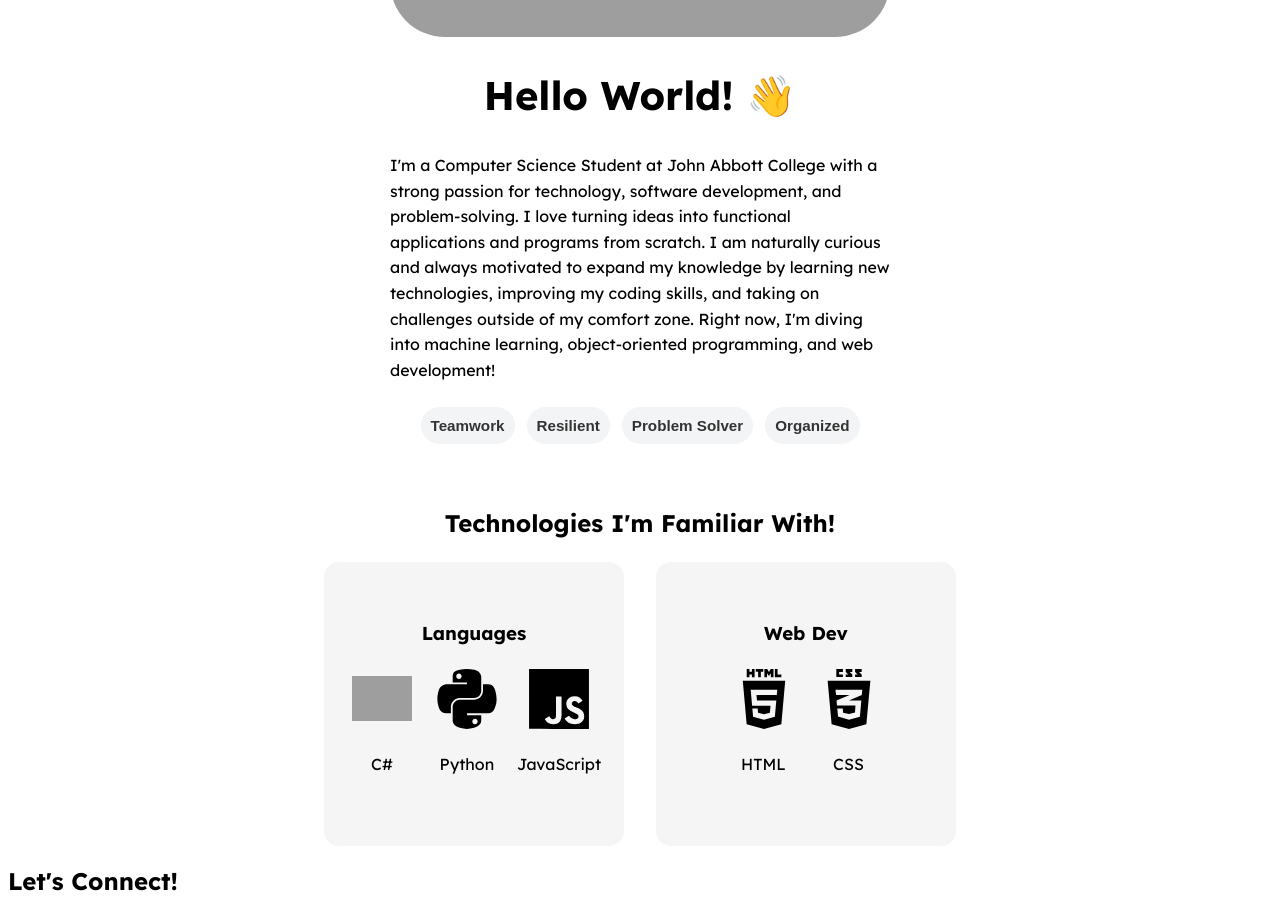
Repository: perrybalaba/perrybalaba
Page: index.html
These files come from the project's save history. The page is drawn as it stood at one moment and after the next save; the edit follows.
The browser window is 1280 px wide. The pictures show the part of the page from y = 795 to 1747 px (the page is 1711 px tall before and 1747 px after).
Pictures or frames that could not be fetched are drawn as grey boxes. Some web fonts or font styles are not loaded; a fallback is used.

Above is the page before, as saved 2026-05-13 20:13:00.

After the next save:
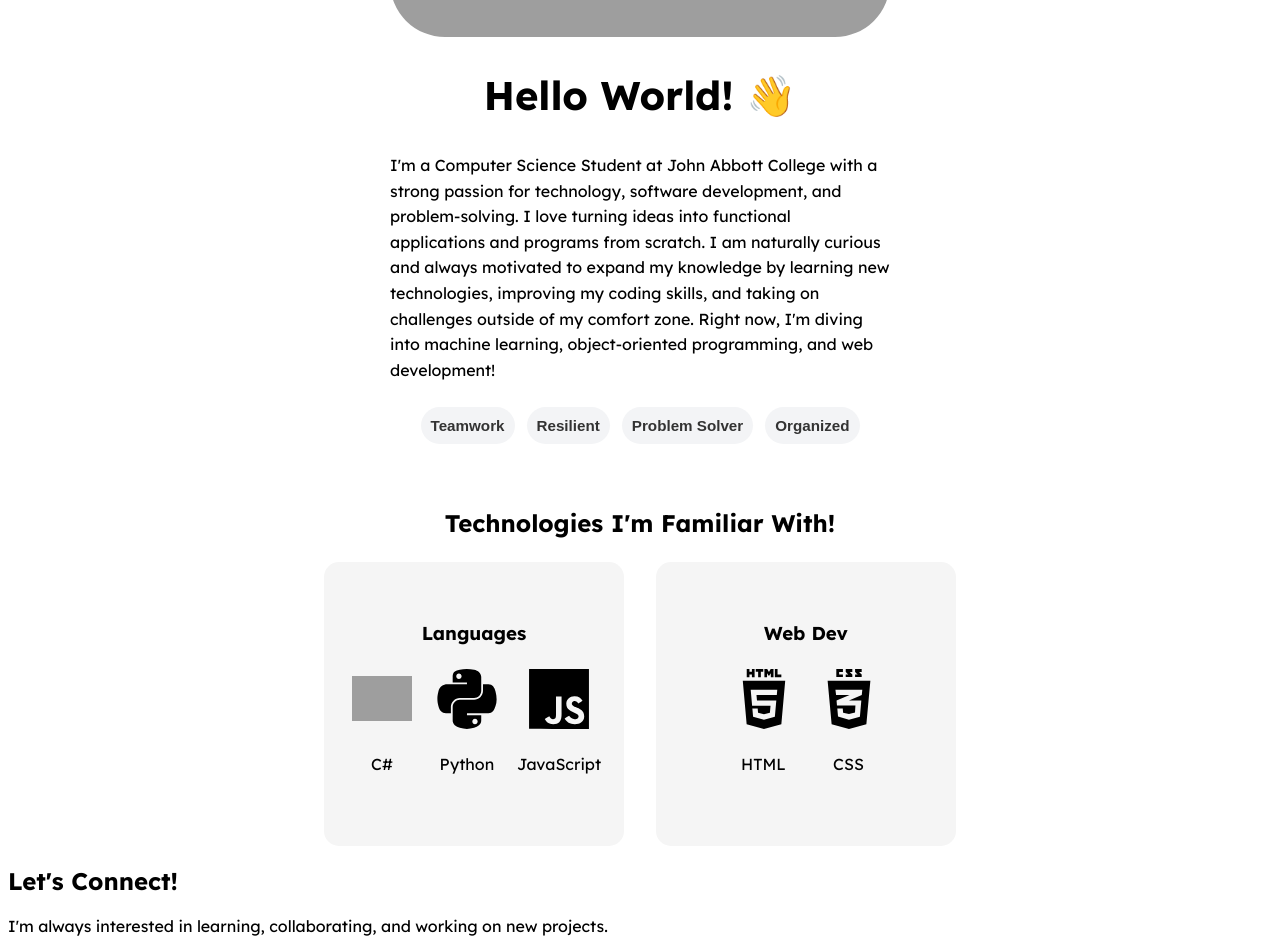
Saved 3 min 20 s later.
--- a/index.html
+++ b/index.html
@@ -96,7 +96,19 @@
 
         <!-- CONTACT -->
         <div class="Contact">
-            <h2> Let's Connect! </h2>
+            <div class="Contact-Containter">
+                <div class="Contact-Text">
+                    <h2> Let's Connect! </h2>
+                    <p>
+                        I'm always interested in learning, collaborating, and working on new projects.
+                    </p>
+                </div>
+
+                <div class="Contact-Links">
+
+                </div>
+            </div>
+
 
         </div>
     </main>
